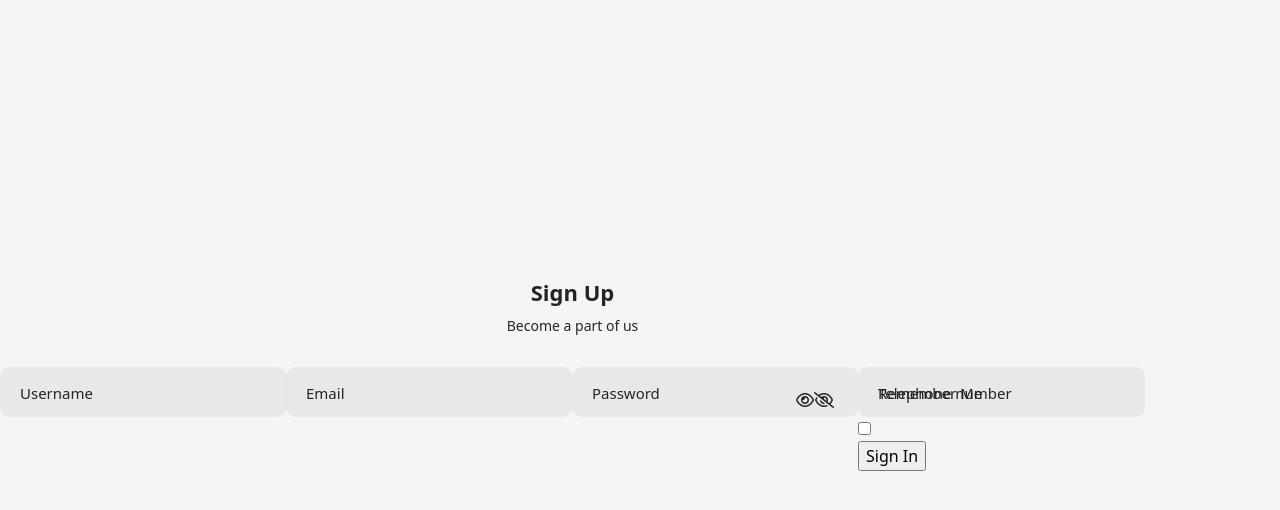
Repository: MauDucKG/BigFarm
Page: http://localhost/BigFarm/views/main/register/index.php
The author's editor kept a copy of each file at every save. The page is drawn from the files as they stood at one save, then again after the next save.
The browser window is 1280 px wide. The pictures show the whole page.
Some web libraries are served in a nearby version. The page is run by PHP 8.4 with error messages shown; the project is at /var/www/html/.

Above is the page before, as saved 2023-04-26 18:25:55.

### views/main/register/index.php
<!DOCTYPE html>
<html lang="en">

<head>
	<meta charset="utf-8">
	<meta name="viewport" content="width=device-width, initial-scale=1">
	<title>Register</title>
	<link href="https://cdn.jsdelivr.net/npm/bootstrap@5.2.2/dist/css/bootstrap.min.css" rel="stylesheet" integrity="sha384-Zenh87qX5JnK2Jl0vWa8Ck2rdkQ2Bzep5IDxbcnCeuOxjzrPF/et3URy9Bv1WTRi" crossorigin="anonymous">
	<link rel="stylesheet" href="assets/stylesheets/register.css">
    <script src="https://kit.fontawesome.com/4ccf3877a2.js" crossorigin="anonymous"></script>
    <style>
        .box-register{
            position: absolute;
            width: 85%;
            right: -350px;

        }
        .top-header{
            text-align: center;
            margin: 30px auto;
        }
        .top-header h3{
            font-size: 22px;
            font-weight: 600;
            margin-bottom: 8px;
        }
        .input-group{
            width: 100%;
        }
        .input-field{
            margin-bottom: 12px 0 ;
            position: relative;
        }
        .input-box{
        width: 100%;
        height: 50px;
        font-size: 15px;
        color: #040404;
        border: none;
        border-radius: 10px;
        padding: 7px 45px 0 20px;
        background: rgba(224, 223, 223, 0.6);
        backdrop-filter: blur(2px);
        outline: none;
    }
    .input-field label{
        position: absolute;
        left: 20px;
        top: 15px;
        font-size: 15px;
        transition: .3s ease-in-out;
    }
    .input-box:focus ~ label,.input-box:valid ~ label{
        top: 2px;
        font-size: 10px;
        color: #c12828;
        font-weight: 500;
    }
    .eye-area{
        position: absolute;
        top: 25px;
        right: 25px;
    }
    .eye-box{
        display: flex;
        justify-content: center;
        align-items: center;
        position: relative;
    }
    </style>
</head>

<body>
    <div class="register-box" id="regUser">
        <div class="top-header">
            <h3>Sign Up</h3>
            <small>Become a part of us</small>
        </div>
        <div class="input-group">
            <div class="input-field">
                <input type="text" class="input-box" id="regUser" required>
                <label for="regUser">Username</label>
            </div>
            <div class="input-field">
                <input type="text" class="input-box" id="regUser" required>
                <label for="regUser">Email</label>
            </div>
            <div class="input-field">
                <input type="password" class="input-box" id="regPassword" required>
                <label for="regPassword">Password</label>
                 <div class="eye-area">
                        <div class="eye-box" onclick="myRegPassword()">
                            <i class="fa-regular fa-eye" id="eye-2"></i>
                            <i class="fa-regular fa-eye-slash" id="eye-slash-2"></i>
                        </div>
                 </div>
            </div>
            <div class="input-field">
                <input type="text" class="input-box" id="regUser" required>
                <label for="regUser">Telephone number</label>
            <!-- </div>
            <div class="input-field">
                <input type="radio" class="input-box" id="regUser" required>
                <label for="regUser">Male</label>
            </div>
            <div class="input-field">
                <input type="radio" class="input-box" id="regUser" required>
                <label for="regUser">Female</label>
            </div> -->
            <div class="remember">
                <input type="checkbox" id="formCheck-2" class="check">
                <label for="formCheck-2"> Remember Me</label>
            </div>
            <div class="input-field">
                <input type="submit" class="input-submit" value="Sign In">
            </div>
        </div>
    </div>
</body>

</html>

### assets/stylesheets/register.css
html,
body {
  height: 100%;
}

body {
  display: flex;
  align-items: center;
  padding-top: 40px;
  padding-bottom: 40px;
  background-color: #f5f5f5;
}

.form-signin {
  max-width: 500px;
  padding: 15px;
}

.form-signin .form-floating:focus-within {
  z-index: 2;
}

After the next save:
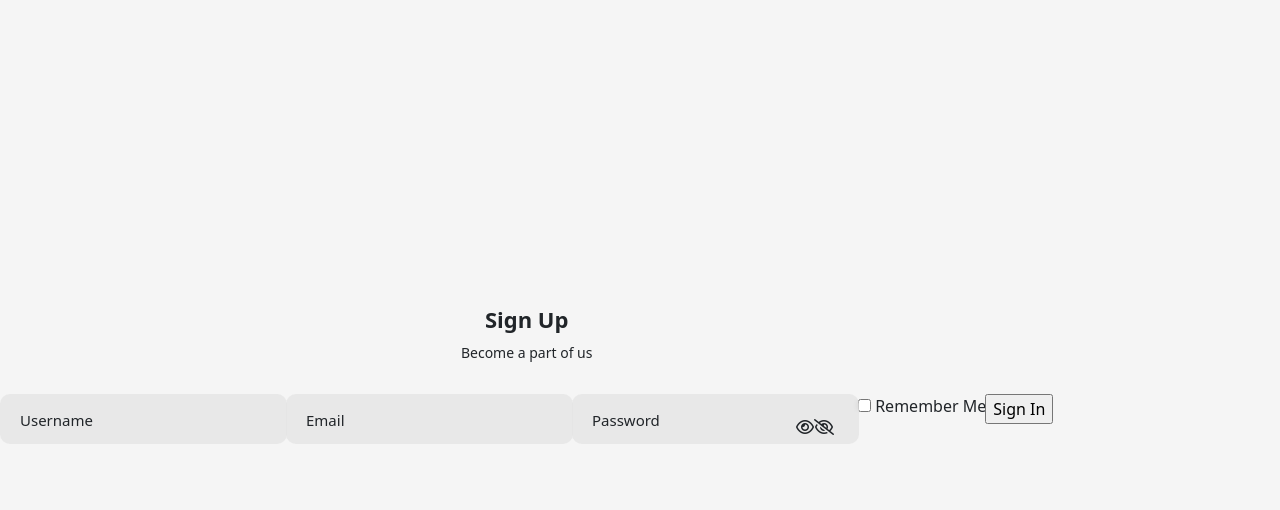
Saved 33 s later.
--- a/views/main/register/index.php
+++ b/views/main/register/index.php
@@ -95,9 +95,9 @@
                         </div>
                  </div>
             </div>
-            <div class="input-field">
+            <!-- <div class="input-field">
                 <input type="text" class="input-box" id="regUser" required>
-                <label for="regUser">Telephone number</label>
+                <label for="regUser">Telephone number</label> -->
             <!-- </div>
             <div class="input-field">
                 <input type="radio" class="input-box" id="regUser" required>
